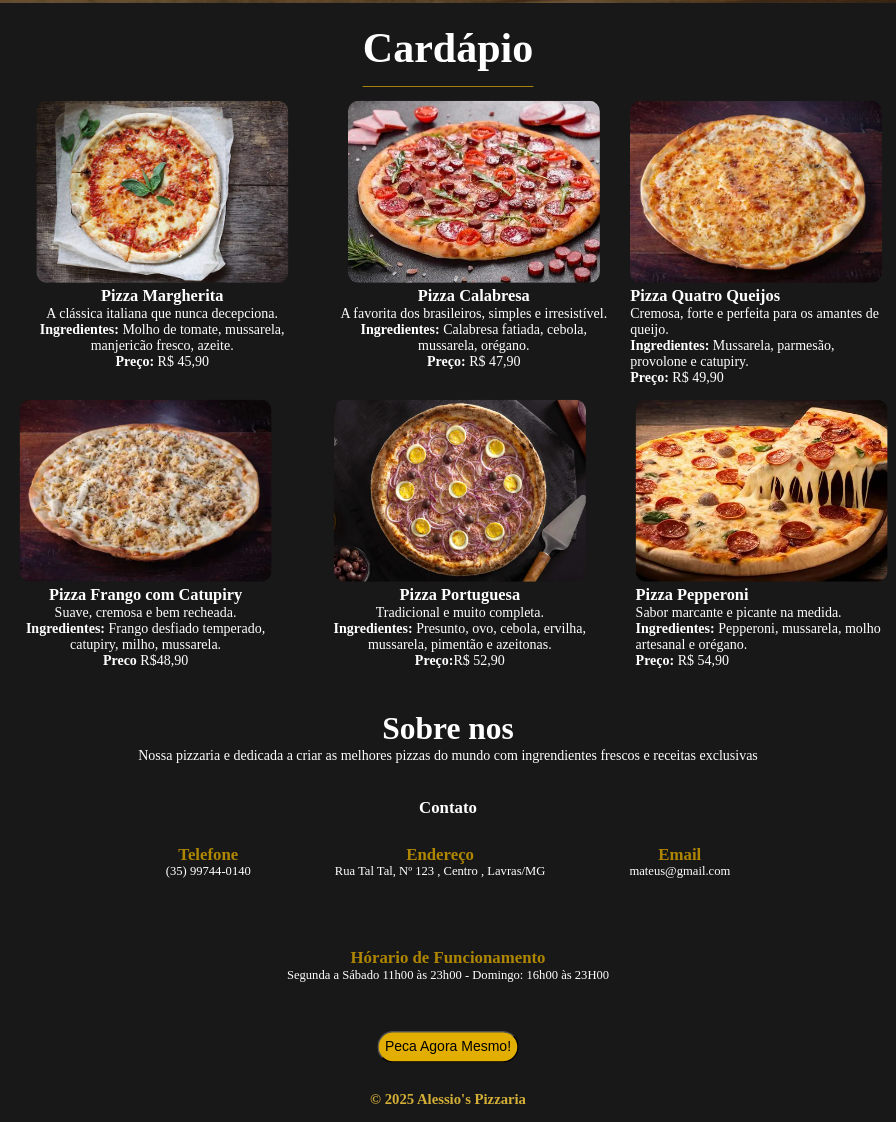
Repository: Mateushlp/landing-page-pizza
Page: index.html
The author's editor kept a copy of each file at every save. The page is drawn from the files as they stood at one save, then again after a run of saves.
The browser window is 1280 px wide. The pictures show the part of the page from y = 980 to 2900 px (the page is 2583 px tall before and 2900 px after), at 70% of full size.

Above is the page before, as saved 2026-05-03 11:32:09.

After the next 2 saves:
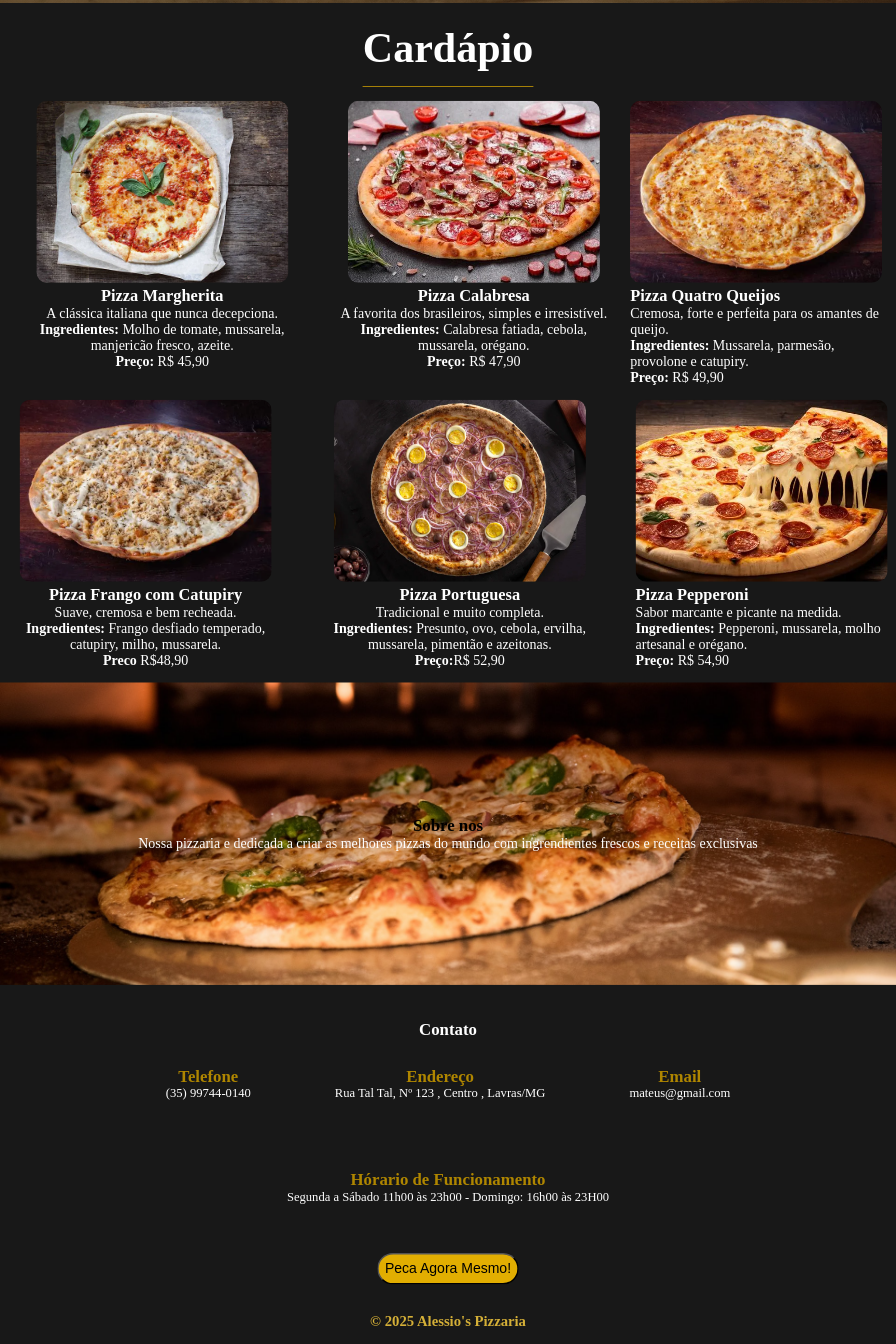
The 2 saves are shown as one change because they came seconds apart.
The last was saved 15 s later.
--- a/style.css
+++ b/style.css
@@ -112,8 +112,7 @@ color: #e2ae01;
 }
 
 .sobre{
-    .sobre {
-    background-image: url(./);
+    background-image: url(./img/background.jpg);
     background-size: cover;
     background-position: center;
     height: 60vh; /* AUMENTE a altura */
